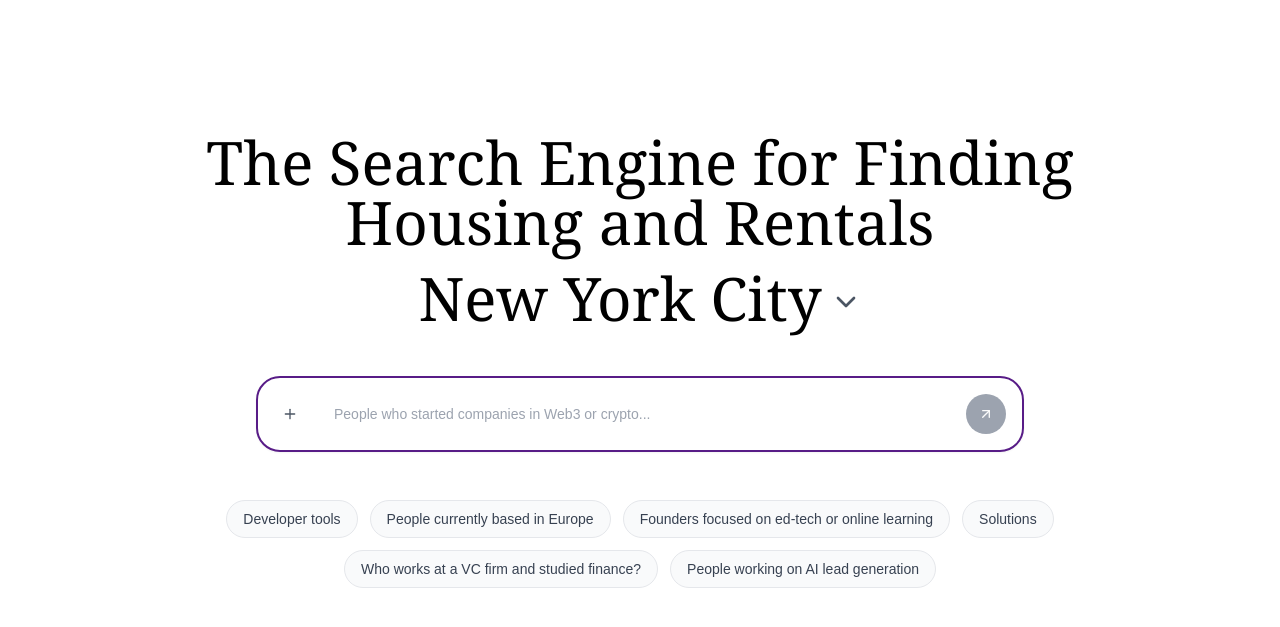
Repository: nicholaschen09/ai-agent-housing
Page: /
An editor plug-in stored every save of this project. The page is shown before and after the next save, followed by the edit.
The browser window is 1280 px wide. The pictures show the whole page.
The project was rebuilt for these pictures with package versions that can differ from the ones it lists, and the page was loaded fresh each time. The framework's server and built-in components were replaced by stand-ins that run in the browser. Also part of the build but not shown: next.config.mjs.

Above is the page before, as saved 2025-06-09 01:43:49.

After the next save:
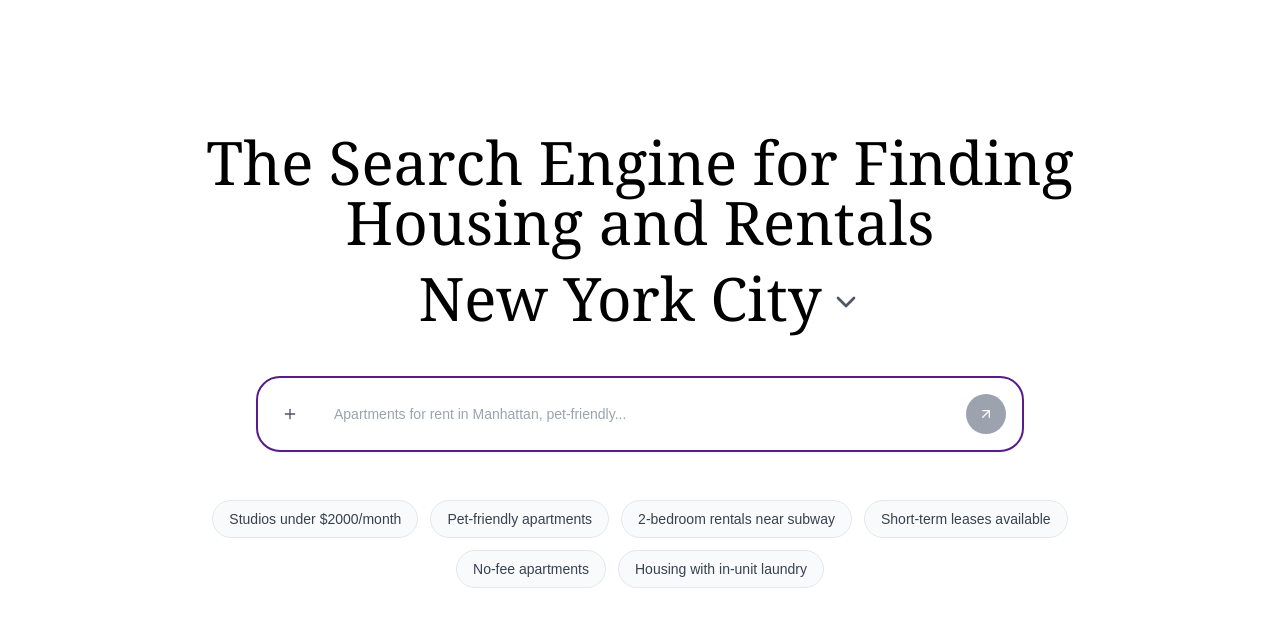
Saved 68 s later.
--- a/app/page.tsx
+++ b/app/page.tsx
@@ -4,12 +4,12 @@
 
 export default function Component() {
   const searchSuggestions = [
-    "Developer tools",
-    "People currently based in Europe",
-    "Founders focused on ed-tech or online learning",
-    "Solutions",
-    "Who works at a VC firm and studied finance?",
-    "People working on AI lead generation",
+    "Studios under $2000/month",
+    "Pet-friendly apartments",
+    "2-bedroom rentals near subway",
+    "Short-term leases available",
+    "No-fee apartments",
+    "Housing with in-unit laundry",
   ]
 
   return (
@@ -34,7 +34,7 @@
 
               <Input
                 type="text"
-                placeholder="People who started companies in Web3 or crypto..."
+                placeholder="Apartments for rent in Manhattan, pet-friendly..."
                 className="flex-1 text-lg border-0 bg-transparent focus-visible:ring-0 focus-visible:ring-offset-0 placeholder:text-gray-400"
               />
 
